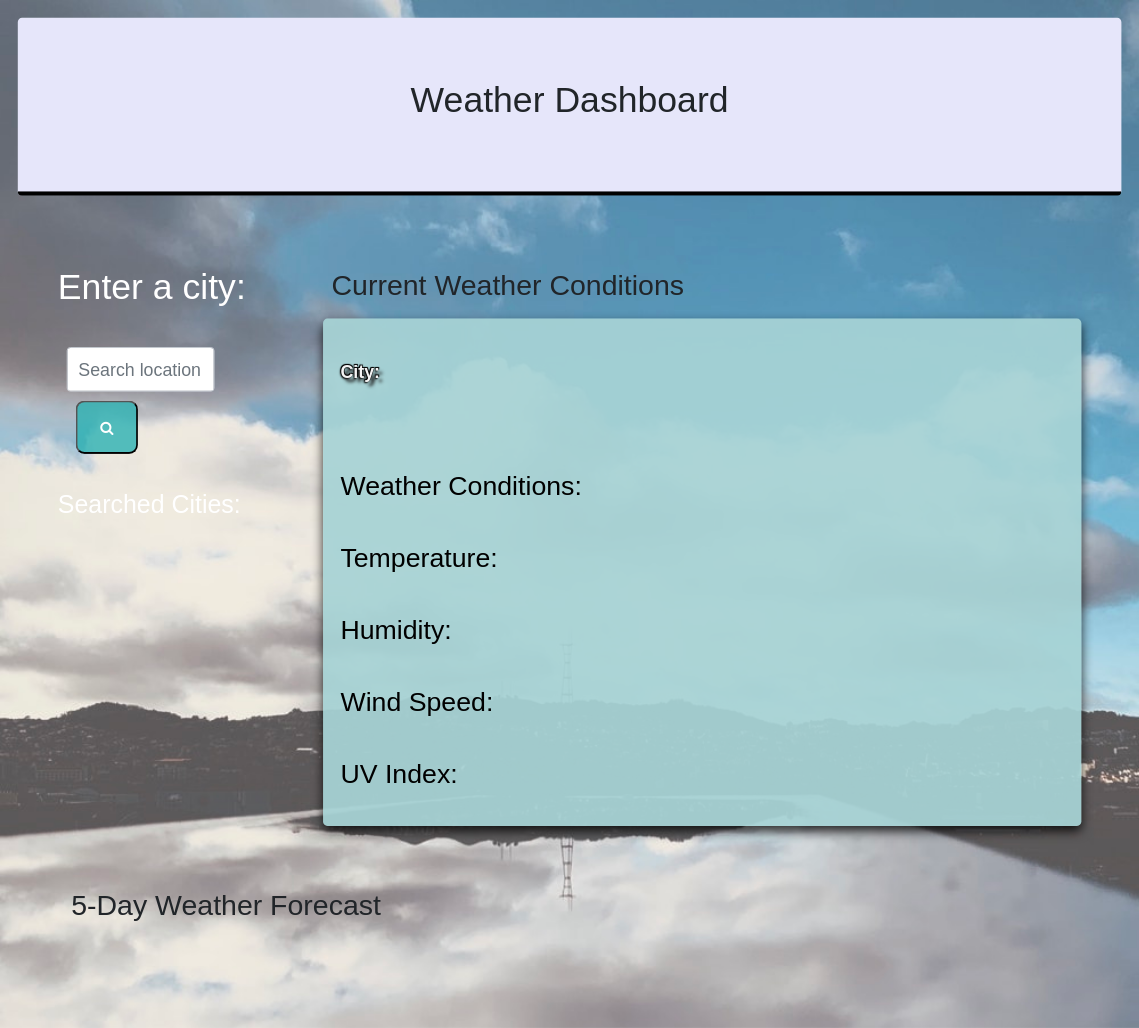
Repository: nsc9605/WeatherDashboard_API
Page: index.html
An editor plug-in stored every save of this project. The page is shown before and after the next save, followed by the edit.
The browser window is 1280 px wide. The pictures show the whole page, at 89% of full size.
Backgrounds fixed to the window are drawn as part of the page. Some web fonts or font styles are not loaded; a fallback is used. Some web libraries are served in a nearby version.

Above is the page before, as saved 2021-04-07 11:47:41.

After the next save:
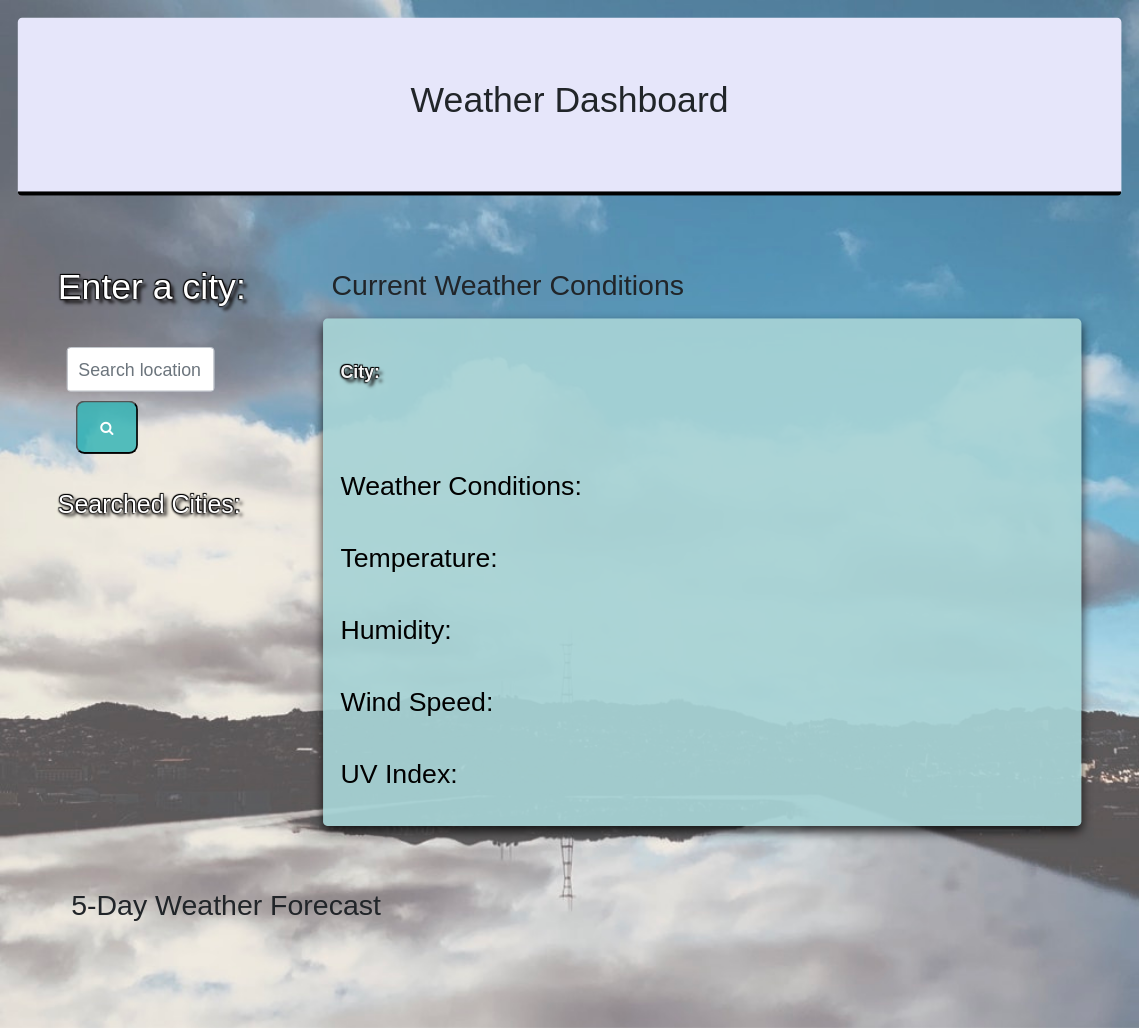
Saved 24 s later.
--- a/assets/style.css
+++ b/assets/style.css
@@ -35,6 +35,8 @@ i {
 
 .col-3 {
     color: white;
+    text-shadow: 4px 4px 4px rgb(19, 16, 16), -1px 1px 2px #000, 1px -1px 1px #000,
+    -1px -1px 1px #000;
 }
 
 h4,
